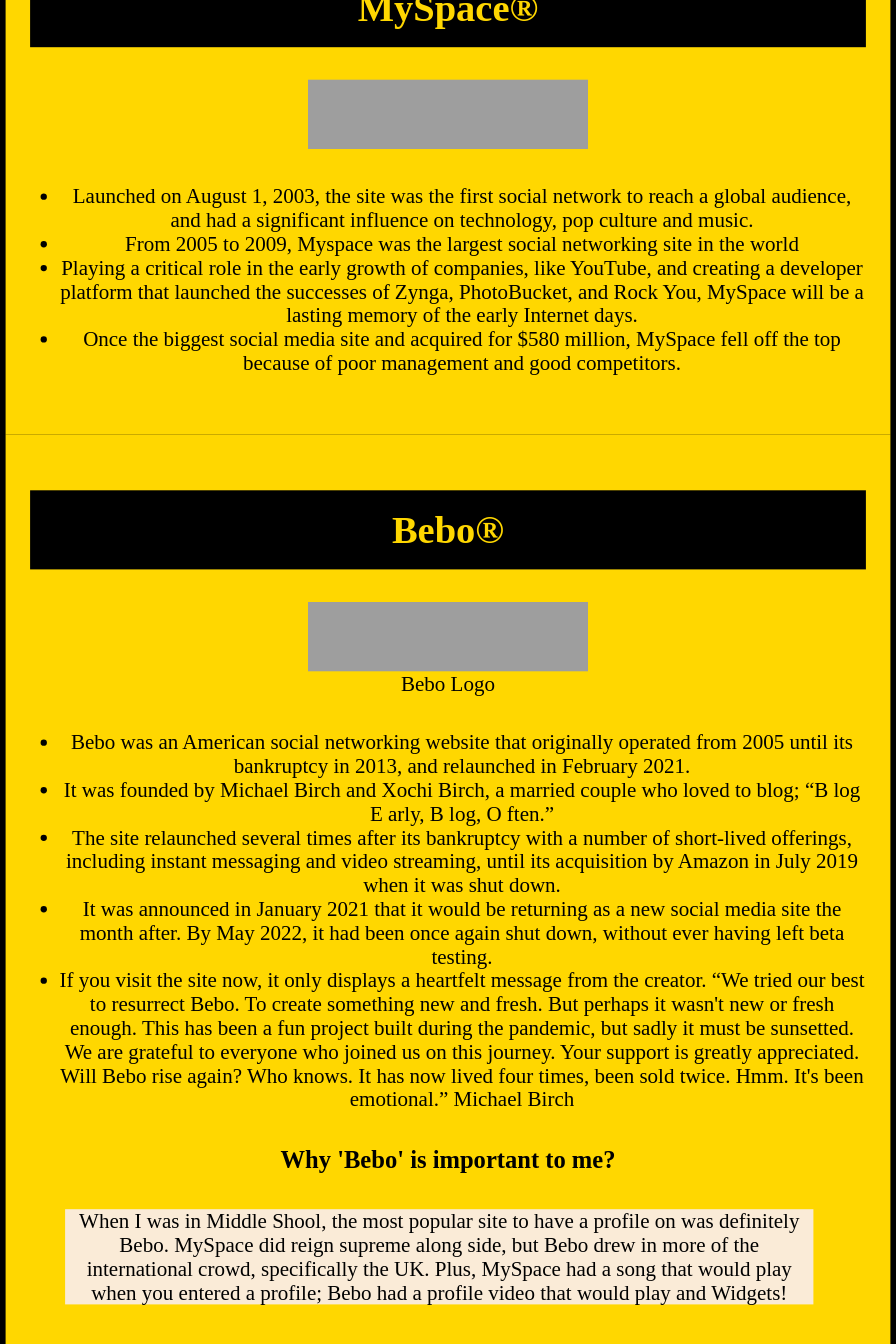
Repository: AndrewGrantt/LC101
Page: LC101/js-assignment-4-html-me-something-buffylow/index.html
These files come from the project's save history. The page is drawn as it stood at one moment and after the next save; the edit follows.
The browser window is 1280 px wide. The pictures show the part of the page from y = 448 to 2368 px (the page is 3564 px tall before and 3439 px after), at 70% of full size.
Pictures or frames that could not be fetched are drawn as grey boxes.

Above is the page before, as saved 2022-07-15 08:34:17.

### LC101/js-assignment-4-html-me-something-buffylow/index.html
<html>
<head>
<title>SOCIAL NETWORKS FOR THE AGES</title>
<link rel="stylesheet" href="styles.css">
</head>
<body>

<article class="all-sites">
   <h1 id="mainHeader">Social Media When I Was A Youngin'</h1>
  <article class="sites">

    <h2 id="headcolor">MySpace&reg;</h2>
    <img src="./Images/MySpace_logo.JPG" alt="MySpace Logo 2004-2010" width="400" height="100">
    <p>
     <ul>
      <li>Launched on August 1, 2003, the site was the first social network to reach a global audience, and had a significant influence on technology, pop culture and music.</li>

      <li>From 2005 to 2009, Myspace was the largest social networking site in the world</li>

      <li>Playing a critical role in the early growth of companies, like YouTube, and creating a developer platform that launched the successes of Zynga, PhotoBucket, and Rock You, MySpace will be a lasting memory of the early Internet days. </li>

      <li> Once the biggest social media site and acquired for $580 million, MySpace fell off the top because of poor management and good competitors. </li>
     </ul>
   </p>

  </article>

  <article class="sites">
    <h2 id="headcolor">Bebo&reg;</h2>
    <figure>
      <img src="./Images/bebo.JPG" alt="Bebo Logo" width="400" height="100">
      <figcaption>Bebo Logo</a></figcaption>
   </figure>
    <p>
    <ul>
      <li>Bebo was an American social networking website that originally operated from 2005 until its bankruptcy in 2013, and relaunched in February 2021.</li>
          <li>It was founded by Michael Birch and Xochi Birch, a married couple who loved to blog;
          “B log E arly, B log, O ften.” </li>
      <li>The site relaunched several times after its bankruptcy with a number of short-lived offerings, including instant messaging and video streaming, until its acquisition by Amazon in July 2019 when it was shut down. </li>
      <li>It was announced in January 2021 that it would be returning as a new social media site the month after. By May 2022, it had been once again shut down, without ever having left beta testing. </li>
     <li> If you visit the site now, it only displays a heartfelt message from the creator.


      “We tried our best to resurrect Bebo.
      To create something new and fresh.
      But perhaps it wasn't new or fresh enough.
      This has been a fun project built during the pandemic, but sadly it must be sunsetted. We are grateful to everyone who joined us on this journey. Your support is greatly appreciated.
      Will Bebo rise again?
      Who knows. It has now lived four times, been sold twice. Hmm.
      It's been emotional.”

      Michael Birch</li>
   </ul>
   </p>
      <h3> Why 'Bebo' is important to me?</h3>
      <p class=" "funParagraph>
         When I was in Middle Shool, the most popular site to have a profile on was definitely Bebo. MySpace did reign supreme along side, but Bebo drew in more of the international crowd, specifically the UK.  Plus, MySpace had a song that would play when you entered a profile; Bebo had a profile video that would play and Widgets!
      </p>
  </article>
  <article class="sites">
    <h2 id="headcolor">AOL&reg;</h2>
    <img src="./Images/AOL.JPG" alt="AOL Logo" width="500" height="300">
    <p>
      <ul>
      <li>Aol., originally known as America Online,is an American web portal and online service provider based in New York City.</li>
      <li>It is a brand marketed by the current Yahoo Inc.</li>
      <li>The company grew to become the largest online service, displacing established players like CompuServe and The Source. </li>
      <li>By 1995, there were about three million active users.</li>
      <li>AOL was one of the early pioneers of the Internet in the mid-1990s, and the most recognized brand on the web in the United States. It originally provided a dial-up service to millions of Americans, pioneered instant messaging, and in 1993 began adding internet access.</li>
       <li>The popularity rapidly shrank thereafter, partly due to the decline of dial-up and rise of broadband.</li>
      <li>Eventually, the company was spun off from Time Warner in 2009.</li>
      <li>June 23, 2015,Verizon Communications bought AOL was acquired for $4.4 billion.</li>
      <li>On May 3, 2021, Verizon announced it would sell Yahoo and AOL to private equity firm Apollo Global Management for $5 billion.</li>
      </ul>
      </p>
  </article>
</article>
<footer id="foot" >
   I CAN'T FORGET ABOUT THE SITES THAT MADE US

  --- &copy; Andrew 'BuffyLow' Grant---
</footer>
</body>
</html>

### LC101/js-assignment-4-html-me-something-buffylow/styles.css

body {
    background-color: black;
  }

  h1 {
    color: rgb(43, 49, 226);
    margin-left: 20px;
    font-size: 75px;
  }

    .sites {
    color: black;
    text-align: center;
    padding: 35px;
    background-color: gold;
    font-size: 30px;
  }
  p {
    margin-top: 50px;
    margin-bottom: 25px;
    margin-right: 75px;
    margin-left: 50px;
background-color: antiquewhite;
  }
  #mainHeader {
    background-color: red;
    color: black;
    padding: 40px;
    text-align: center;}

    #testP{
        color:black;
        text-align:center;
    }
    .funParagraph{
        color:green
    }
    #headcolor{
        color:gold;
        padding: 25px;
        background-color: black;
        font-size: 55px;

    }
    #foot{
      color:black;
      text-align:center;
  }
  body {
    position: relative;
    min-height: 100%;
    min-height: 100vh;
  }
  footer {
    position: absolute;
    right: 0;bottom:0;left:0;
  }

After the next save:
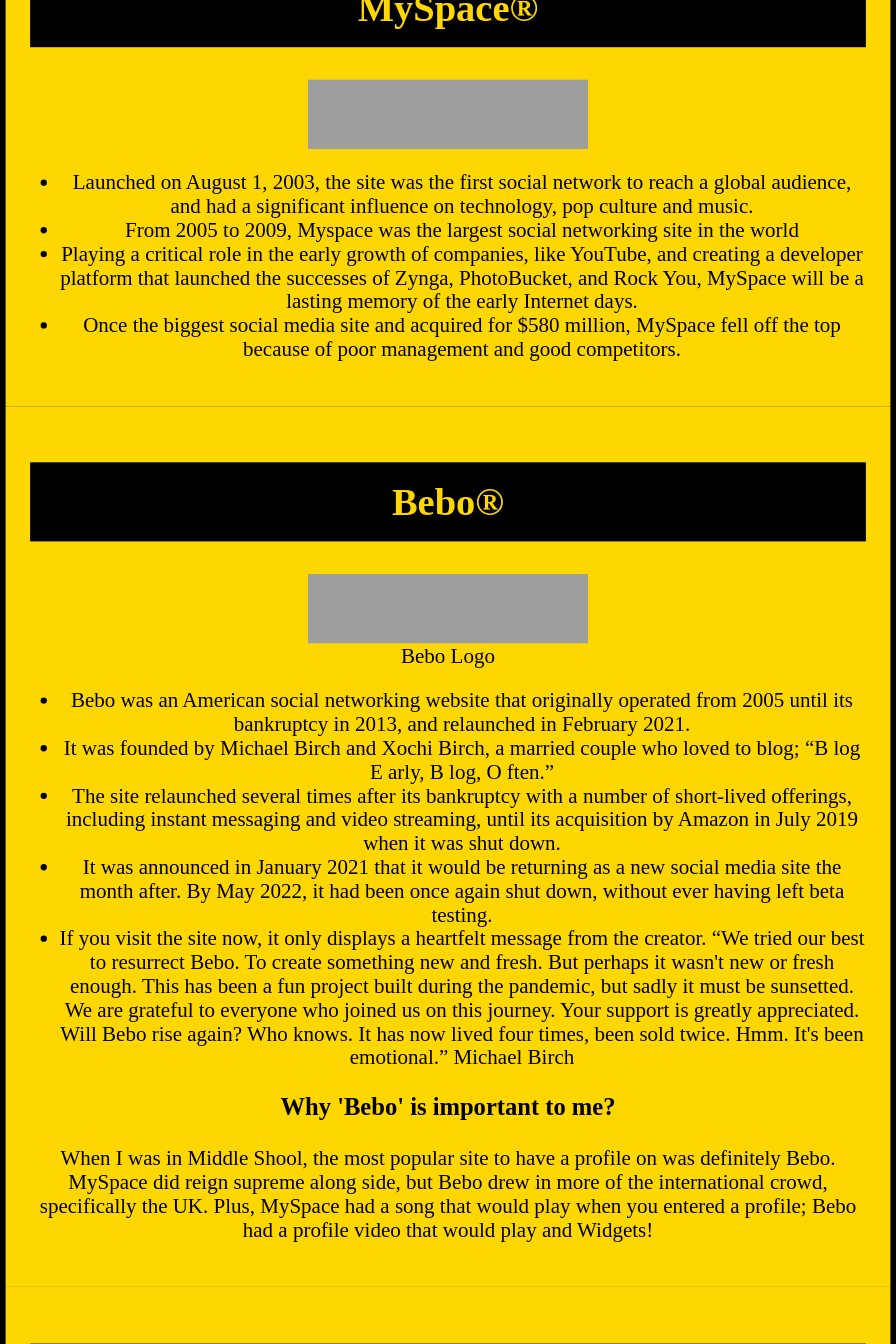
Saved 44 s later.
--- a/LC101/js-assignment-4-html-me-something-buffylow/styles.css
+++ b/LC101/js-assignment-4-html-me-something-buffylow/styles.css
@@ -16,13 +16,7 @@
     background-color: gold;
     font-size: 30px;
   }
-  p {
-    margin-top: 50px;
-    margin-bottom: 25px;
-    margin-right: 75px;
-    margin-left: 50px;
-background-color: antiquewhite;
-  }
+
   #mainHeader {
     background-color: red;
     color: black;
